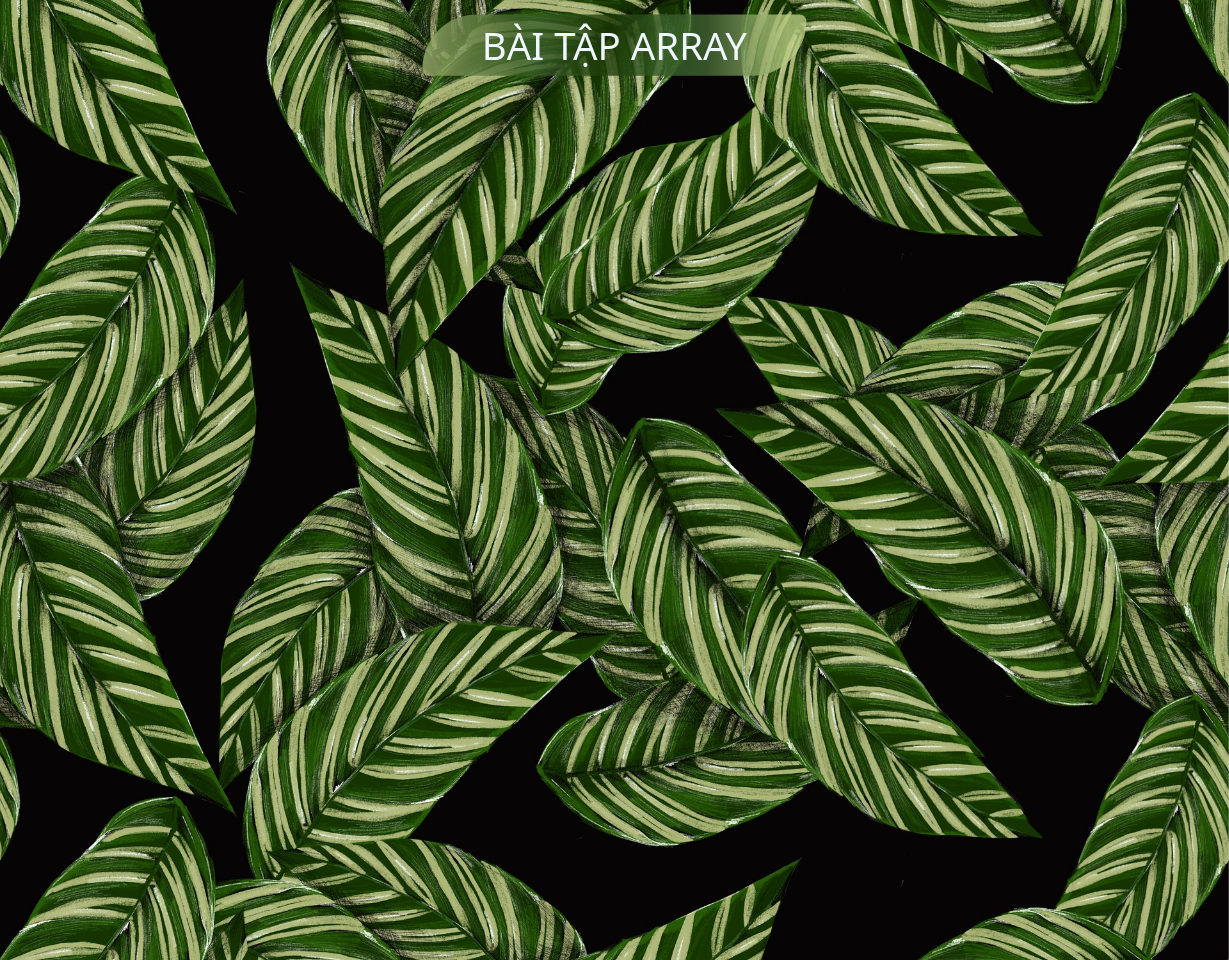
Repository: hcozyph/TranHuuPhuoc_BC43_BT_JS_Buoi7_8_ARRAY
Page: index.html
The author's editor kept a copy of each file at every save. The page is drawn from the files as they stood at one save, then again after the next save.
The browser window is 1280 px wide. The pictures show the whole page, at 96% of full size.

Above is the page before, as saved 2023-02-20 21:55:42.

After the next save:
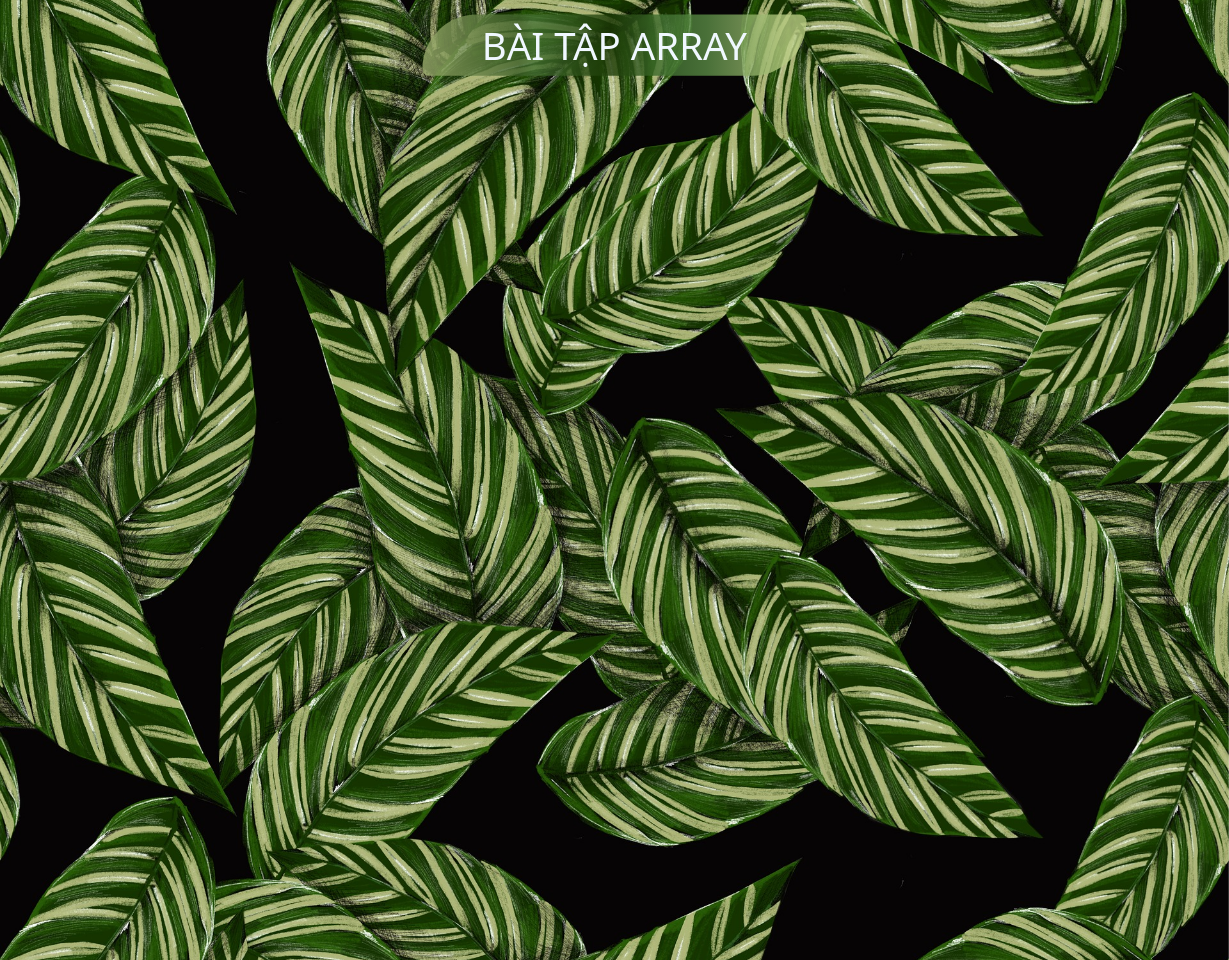
Saved 18 s later.
--- a/css/index.css
+++ b/css/index.css
@@ -33,10 +33,10 @@
         rgba(174, 193, 123, 0.8) 0%,
         rgba(156, 173, 110, 0.8) 0%,
         rgba(60, 94, 39, 0.8) 25%,
-        rgba(56, 94, 40, 0.8) 29%,
+        rgba(68, 112, 49, 0.8) 29%,
         rgba(27, 57, 5, 0.8) 49%,
-        rgba(54, 94, 41, 0.8) 63%,
-        rgba(65, 103, 49, 0.8) 74%,
+        rgba(66, 114, 50, 0.8) 63%,
+        rgba(90, 139, 69, 0.8) 74%,
         rgba(184, 203, 130, 0.8) 95%
     );
 }
